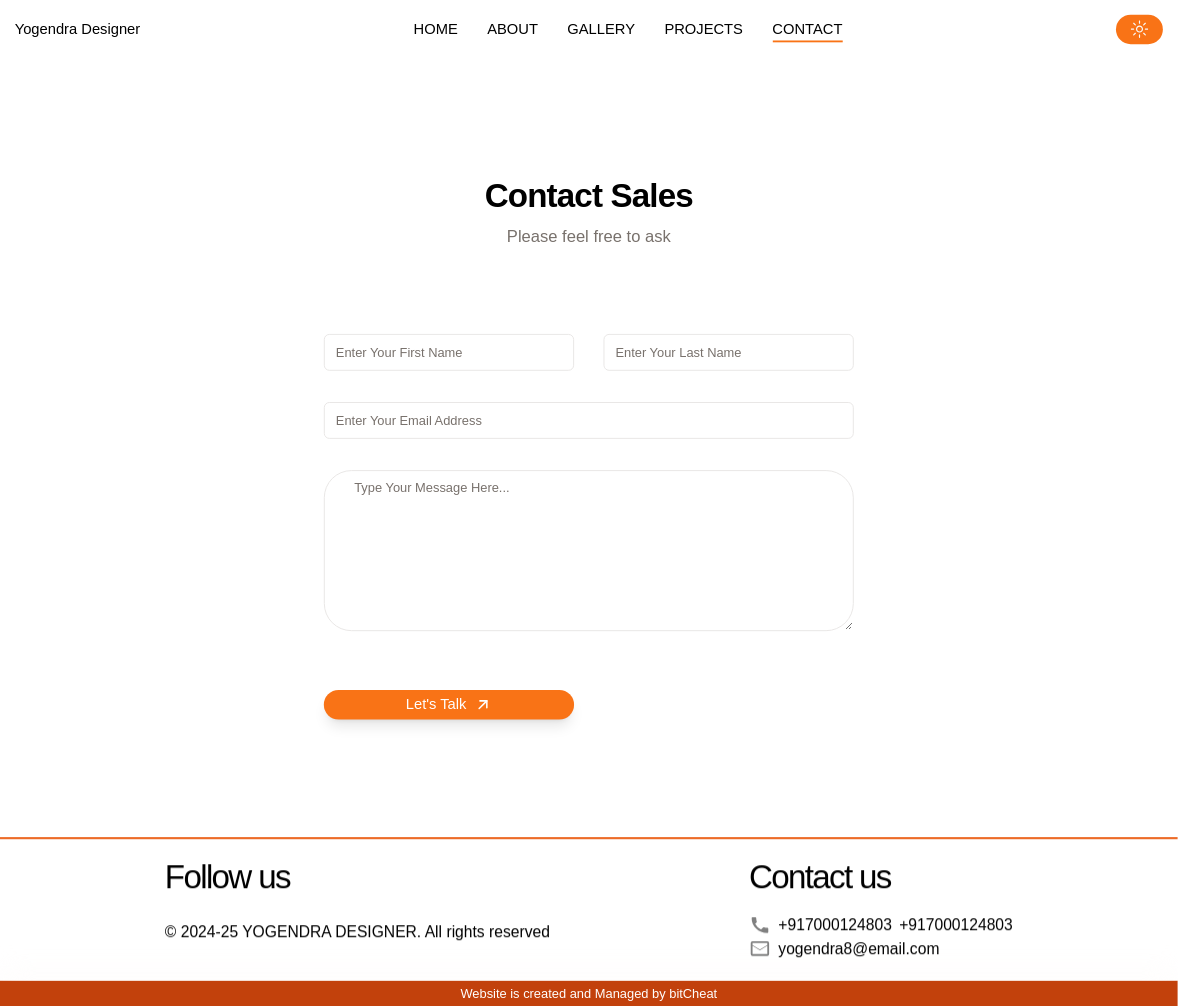
Repository: hitoutvrma/MB_designs-Interior-Designing-website
Page: /contact
These files come from the project's save history. The page is drawn as it stood at one moment and after the next save; the edit follows.
The browser window is 1280 px wide. The pictures show the whole page, at 92% of full size.
The project was rebuilt for these pictures with package versions that can differ from the ones it lists, and the page was loaded fresh each time. The framework's server and built-in components were replaced by stand-ins that run in the browser. Also part of the build but not shown: next.config.mjs.

Above is the page before, as saved 2024-09-20 17:20:51.

### app/layout.js
import localFont from "next/font/local";
import { Sen } from "next/font/google";
import "./globals.css";
import Header from "@/components/ui/Header";
import Footer from "@/components/ui/Footer";
import { ThemeProvider } from "@/components/ThemeProvider";

const josef = Sen({
  subsets:["latin"],
  weight:["400","500","600","700"],
  display:"swap"
})

// const geistSans = localFont({
//   src: "./fonts/GeistVF.woff",
//   variable: "--font-geist-sans",
//   weight: "100 900",
// });
// const geistMono = localFont({
//   src: "./fonts/GeistMonoVF.woff",
//   variable: "--font-geist-mono",
//   weight: "100 900",
// });

export const metadata = {
  title: "Create Next App",
  description: "Generated by create next app",
};

export default function RootLayout({ children }) {
  return (
    <html lang="en" suppressHydrationWarning>
      <body
        className={`${josef.variable} ${josef.variable} overflow-x-hidden antialiased`}
      >
        <ThemeProvider attribute='class' defaultTheme='light'>

        <Header/>
        {children}
        <Footer/>
        </ThemeProvider>
      </body>
    </html>
  );
}

### app/contact/page.jsx
'use client'
import { useState } from "react";

import { Button } from "@/components/ui/button";
import { Input } from "@/components/ui/input";
import { Textarea } from "@/components/ui/textarea";
import { TbArrowUpRight } from "react-icons/tb";

export default function ContactSection() {
  const [formData, setFormData] = useState({
    firstName: "",
    lastName: "",
    email: "",
    message: "",
  });

  const handleChange = (e) => {
    const { name, value } = e.target;
    setFormData((prevState) => ({
      ...prevState,
      [name]: value,
    }));
  };
  const handleSubmit = async (e) => {
    e.preventDefault();

    try {
      const response = await fetch("http://localhost:5000/submit_contact", {
        method: "POST",
        headers: {
          "Content-Type": "application/json",
        },
        body: JSON.stringify(formData),
      });

      if (response.ok) {
        alert("Message sent successfully!");
        setFormData({ firstName: "", lastName: "", email: "", message: "" });
      } else {
        alert("Failed to send message.");
      }
    } catch (error) {
      console.error(error);
      alert("An error occurred while sending the message.");
    }
  };

  return (
    <div className="px-6 py-24 sm:py-32 lg:px-8">
      <div className="mx-auto max-w-2xl text-center">
        <h2 className="text-3xl font-bold tracking-tight sm:text-4xl">Contact Sales</h2>
        <p className="mt-2 text-lg leading-8 text-muted-foreground">
          Please feel free to ask
        </p>
      </div>
      <form onSubmit={handleSubmit} className="mx-auto mt-16 max-w-xl sm:mt-20">
        <div className="grid grid-cols-1 gap-x-8 gap-y-6 sm:grid-cols-2">
          <div className="mt-2.5">
            <Input
              type="text"
              name="firstName"
              placeholder="Enter Your First Name"
              value={formData.firstName}
              onChange={handleChange}
              required
            />
          </div>
          <div className="mt-2.5">
            <Input
              type="text"
              name="lastName"
              placeholder="Enter Your Last Name"
              value={formData.lastName}
              onChange={handleChange}
              required
            />
          </div>
          <div className="sm:col-span-2">
            <div className="mt-2.5">
              <Input
                type="email"
                name="email"
                placeholder="Enter Your Email Address"
                value={formData.email}
                onChange={handleChange}
                required
              />
            </div>
          </div>
          <div className="sm:col-span-2">
            <div className="mt-2.5">
              <Textarea
                name="message"
                placeholder="Type Your Message Here..."
                value={formData.message}
                onChange={handleChange}
                required
              />
            </div>
          </div>
          <div className="mt-10">
            <Button
              type="submit"
              className="flex w-full items-center px-8 py-3 text-white rounded-full shadow-lg hover:bg-gray-800 hover:ring-2 hover:ring-gray-950 ring-offset-2"
            >
              Let's Talk
              <TbArrowUpRight className="w-5 h-5 ml-2" />
            </Button>
          </div>
        </div>
      </form>
    </div>
  );
}

### app/globals.css
@tailwind base;
@tailwind components;
@tailwind utilities;


body {
  color: var(--foreground);
  background: var(--background);
  font-family: Arial, Helvetica, sans-serif;
}

@layer utilities {
  .text-balance {
    text-wrap: balance;
  }
}


@layer base {
  :root {
    --background: 0 0% 100%;
    --foreground: 20 14.3% 4.1%;
    --card: 0 0% 100%;
    --card-foreground: 20 14.3% 4.1%;
    --popover: 0 0% 100%;
    --popover-foreground: 20 14.3% 4.1%;
    --primary: 24.6 95% 53.1%;
    --primary-foreground: 60 9.1% 97.8%;
    --secondary: 60 4.8% 95.9%;
    --secondary-foreground: 24 9.8% 10%;
    --muted: 60 4.8% 95.9%;
    --muted-foreground: 25 5.3% 44.7%;
    --accent: 60 4.8% 95.9%;
    --accent-foreground: 24 9.8% 10%;
    --destructive: 0 84.2% 60.2%;
    --destructive-foreground: 60 9.1% 97.8%;
    --border: 20 5.9% 90%;
    --input: 20 5.9% 90%;
    --ring: 24.6 95% 53.1%;
    --radius: 0.5rem;
    --chart-1: 12 76% 61%;
    --chart-2: 173 58% 39%;
    --chart-3: 197 37% 24%;
    --chart-4: 43 74% 66%;
    --chart-5: 27 87% 67%;
  }

  .dark {
    --background: 20 14.3% 4.1%;
    --foreground: 60 9.1% 97.8%;
    --card: 20 14.3% 4.1%;
    --card-foreground: 60 9.1% 97.8%;
    --popover: 20 14.3% 4.1%;
    --popover-foreground: 60 9.1% 97.8%;
    --primary: 20.5 90.2% 48.2%;
    --primary-foreground: 60 9.1% 97.8%;
    --secondary: 12 6.5% 15.1%;
    --secondary-foreground: 60 9.1% 97.8%;
    --muted: 12 6.5% 15.1%;
    --muted-foreground: 24 5.4% 63.9%;
    --accent: 12 6.5% 15.1%;
    --accent-foreground: 60 9.1% 97.8%;
    --destructive: 0 72.2% 50.6%;
    --destructive-foreground: 60 9.1% 97.8%;
    --border: 12 6.5% 15.1%;
    --input: 12 6.5% 15.1%;
    --ring: 20.5 90.2% 48.2%;
    --chart-1: 220 70% 50%;
    --chart-2: 160 60% 45%;
    --chart-3: 30 80% 55%;
    --chart-4: 280 65% 60%;
    --chart-5: 340 75% 55%;
  }
}



@layer base {
  * {
    @apply border-border;
  }
  body {
    @apply bg-background text-foreground;
  }
}

.h1{
  @apply text-6xl xl:text-[72px] xl:leading-[80px] tracking-[-2px] font-bold mb-5 mt-4;
}

### components/ui/Header.jsx
'use client';
import React from 'react'
 import ThemeToggler from '../ThemeToggler'
import MobileNavigation from './MobileNavigation';
import Nav from './Nav';
const Header = () => {
  return (
    <div className='flex justify-between p-4 items-center '>
      <div>Yogendra Designer</div>
      <Nav containerStyles='hidden xl:flex gap-8 items-center' linkStyles='relative hover:text-primary transition-all' underlineStyles ='absolute left-0 top-full h-[2px] bg-primary w-full'
      />
      <div className='flex gap-2 items-center'>

      <ThemeToggler/>
      <div className='xl:hidden'>

      <MobileNavigation/>
      </div>
      </div>
    </div>
  )
}

export default Header

### components/ui/Footer.jsx
import React from 'react'

const Footer = () => {
  return (
    <div className='w-screen'>

    <div class="sm:flex justify-between  border-t-2 border-t-orange-600  backdrop-blur-lg sm:px-[14vw] px-4 py-[3vh] text-[17px] ">
  <div className='mb-8 sm:mb-0'>
    <head>
    <link rel="stylesheet" href="https://cdnjs.cloudflare.com/ajax/libs/font-awesome/6.0.0-beta3/css/all.min.css"/>

    </head>
    <h1 class="pb-5 text-4xl tracking-tighter">Follow us</h1>
    <div className='flex gap-x-6 pb-2 text-4xl'>
    <a href="https://instagram/hitoutvrma" className="text-gray-600 hover:text-pink-500 transition-transform duration-300 transform hover:scale-110"><i class="fa-brands fa-instagram" ></i></a>
      <a href="https://www.linkedin.com/in/hitesh-verma-3695b0254/" className="text-gray-600 hover:text-blue-700 transition-transform duration-300 transform hover:scale-110"><i class="fa-brands fa-linkedin"></i></a>
      <a href="https://x.com/hitesh_404" className="text-gray-600 hover:text-blue-700 transition-transform duration-300 transform hover:scale-110"><i class="fa-brands fa-facebook"></i></a>
    </div>
    <div className='sm:block hidden'>&copy; 2024-25 YOGENDRA DESIGNER. All rights reserved</div>
  </div>
  <div>
    <h1 class="pb-5 text-4xl tracking-tighter">Contact us</h1>
    <div class="flex gap-x-2">
      <svg class="text" xmlns="http://www.w3.org/2000/svg" viewBox="0 0 24 24" width="24" height="24" fill="gray">
        <path d="M6.62 10.79a15.533 15.533 0 006.59 6.59l2.2-2.2a1 1 0 011.09-.27c1.12.37 2.33.57 3.6.57a1 1 0 011 1V20a1 1 0 01-1 1C10.29 21 3 13.71 3 5a1 1 0 011-1h3.01a1 1 0 011 1c0 1.27.2 2.48.57 3.6a1 1 0 01-.27 1.09l-2.2 2.2z" />
      </svg>
      <a href="tel:+917000124803" class="hover:underline">+917000124803</a>
      <a href="tel:+917000124803" class="hover:underline">+917000124803</a>
    </div>
    <div class="flex gap-x-2">
      <svg xmlns="http://www.w3.org/2000/svg" viewBox="0 0 24 24" width="24" height="24" fill="gray">
        <path d="M20 4H4a2 2 0 00-2 2v12a2 2 0 002 2h16a2 2 0 002-2V6a2 2 0 00-2-2zM4 6h16v2l-8 5-8-5V6zm0 12V9l7.39 4.62a1 1 0 001.22 0L20 9v9H4z" />
      </svg>
      <a href="mailto:example@email.com" class="hover:underline">yogendra8@email.com</a>
    </div>
  </div>
    </div>
  <div className='flex items-center justify-center p-1 text-sm bg-orange-700 text-white border-t-orange-600'>Website is created and Managed by bitCheat</div>
</div>

  )
}

export default Footer

### components/ThemeProvider.jsx
'use client';

import { ThemeProvider as NextThemesProvider } from "next-themes";

export function ThemeProvider({ children, ...props }) {
    return <NextThemesProvider {...props}>
        { children }
    </NextThemesProvider>
}

### components/ui/button.jsx
import * as React from "react"
import { Slot } from "@radix-ui/react-slot"
import { cva } from "class-variance-authority";

import { cn } from "@/lib/utils"

const buttonVariants = cva(
  "inline-flex items-center justify-center whitespace-nowrap rounded-full text-base font-medium ring-offset-background transition-colors focus-visible:outline-none focus-visible:ring-2 focus-visible:ring-ring focus-visible:ring-offset-2 disabled:pointer-events-none disabled:opacity-50",
  {
    variants: {
      variant: {
        default: "bg-primary text-primary-foreground hover:bg-primary/90",
        destructive:
          "bg-destructive text-destructive-foreground hover:bg-destructive/90",
        outline:
          "border border-input bg-background hover:bg-accent hover:text-accent-foreground",
        secondary:
          "bg-secondary text-secondary-foreground hover:bg-secondary/80",
        ghost: "hover:bg-accent hover:text-accent-foreground",
        link: "text-primary underline-offset-4 hover:underline",
      },
      size: {
        default: "sm:h-[2.5vw] h-[7vw] px-4 py-2",
        sm: "h-9 rounded-md px-3",
        lg: "h-11 rounded-md px-8",
        icon: "h-10 w-10",
      },
    },
    defaultVariants: {
      variant: "default",
      size: "default",
    },
  }
)

const Button = React.forwardRef(({ className, variant, size, asChild = false, ...props }, ref) => {
  const Comp = asChild ? Slot : "button"
  return (
    (<Comp
      className={cn(buttonVariants({ variant, size, className }))}
      ref={ref}
      {...props} />)
  );
})
Button.displayName = "Button"

export { Button, buttonVariants }

### components/ui/textarea.jsx
import * as React from "react"

import { cn } from "@/lib/utils"

const Textarea = React.forwardRef(({ className, ...props }, ref) => {
  return (
    (<textarea
      className={cn(
        "flex min-h-[175px] w-full rounded-[30px] border border-input bg-background px-8 py-2 text-sm ring-offset-background placeholder:text-muted-foreground focus-visible:outline-none focus-visible:ring-2 focus-visible:ring-ring focus-visible:ring-offset-2 disabled:cursor-not-allowed disabled:opacity-50",
        className
      )}
      ref={ref}
      {...props} />)
  );
})
Textarea.displayName = "Textarea"

export { Textarea }

### components/ThemeToggler.jsx
import { Button } from "./ui/button";
import { useTheme } from "next-themes";
import { SunIcon, MoonIcon } from "@radix-ui/react-icons";

const ThemeToggler = () => {
    const { theme, setTheme } = useTheme();

  return (
    <div>
      <Button  onClick={()=>setTheme(theme==='dark'?'light':'dark')}>
        <SunIcon className="h-[1.2rem] w-[1.2rem] scale-100 rotate-0 transition-all dark:rotate-90 dark:scale-0"/>
        <MoonIcon className="w-[1rem] absolute scale-0 rotate-90 transition-all dark:rotate-0 dark:scale-100"/>
      </Button>
    </div>
  )
}

export default ThemeToggler

### components/ui/MobileNavigation.jsx
import React from 'react'

import {Sheet, SheetContent, SheetTrigger} from '@/components/ui/sheet';
import Nav from './Nav';
import { AlignJustify } from 'lucide-react';

const MobileNavigation = () => {
  return (
    <Sheet>
        <SheetTrigger asChild>
            <AlignJustify className='cursor-pointer'/>
        </SheetTrigger>
        <SheetContent>
            <div className='p-3 flex flex-col items-center'>
                <div>
                    <div>Yogendra designer</div>
                    <Nav containerStyles='flex flex-col items-center gap-y-2' linkStyles='text-1xl '/>
                </div>
            </div>
        </SheetContent>
    </Sheet>
  )
}

export default MobileNavigation

### components/ui/Nav.jsx
//Hooks

import { usePathname } from "next/navigation";
import { motion } from "framer-motion";
import Link from "next/link";

const links = [
    {
        path:'/',name:'home'
    },
    {
        path:'/about',name:'about'
    },
    {
        path:'/gallery',name:'gallery'
    },
    {
        path:'/projects',name:'projects'
    },
    {
        path:'/contact',name:'contact'
    },
]
const Nav = ({ containerStyles, linkStyles, underlineStyles } ) => {

    const path = usePathname();
  return (
    <div className={`${containerStyles}`} >
        {
            links.map((link,index) =>{
                return(
                    <Link href={link.path}
                    key={index} className={`uppercase ${linkStyles}`}>
                        {link.path===path && (
                            <motion.span
                            initial={{y:'-100%'}}
                            animate={{y:0}}
                            transition={{ type:'tween'}}
                            layoutId="underline"
                            className={`${underlineStyles}`}
                            />
                        )}
                        {link.name}

                    </Link>
                )
            })
        }
      </div>
  )
}

export default Nav

### components/ui/sheet.jsx
"use client";
import * as React from "react"
import * as SheetPrimitive from "@radix-ui/react-dialog"
import { cva } from "class-variance-authority";
import { X } from "lucide-react"

import { cn } from "@/lib/utils"

const Sheet = SheetPrimitive.Root

const SheetTrigger = SheetPrimitive.Trigger

const SheetClose = SheetPrimitive.Close

const SheetPortal = SheetPrimitive.Portal

const SheetOverlay = React.forwardRef(({ className, ...props }, ref) => (
  <SheetPrimitive.Overlay
    className={cn(
      "fixed inset-0 z-50 bg-black/80  data-[state=open]:animate-in data-[state=closed]:animate-out data-[state=closed]:fade-out-0 data-[state=open]:fade-in-0",
      className
    )}
    {...props}
    ref={ref} />
))
SheetOverlay.displayName = SheetPrimitive.Overlay.displayName

const sheetVariants = cva(
  "fixed z-50 gap-4 bg-background p-6 shadow-lg transition ease-in-out data-[state=open]:animate-in data-[state=closed]:animate-out data-[state=closed]:duration-300 data-[state=open]:duration-500",
  {
    variants: {
      side: {
        top: "inset-x-0 top-0 border-b data-[state=closed]:slide-out-to-top data-[state=open]:slide-in-from-top",
        bottom:
          "inset-x-0 bottom-0 border-t data-[state=closed]:slide-out-to-bottom data-[state=open]:slide-in-from-bottom",
        left: "inset-y-0 left-0 h-full w-3/4 border-r data-[state=closed]:slide-out-to-left data-[state=open]:slide-in-from-left sm:max-w-sm",
        right:
          "inset-y-0 right-0 h-full w-3/4  border-l data-[state=closed]:slide-out-to-right data-[state=open]:slide-in-from-right sm:max-w-sm",
      },
    },
    defaultVariants: {
      side: "right",
    },
  }
)

const SheetContent = React.forwardRef(({ side = "right", className, children, ...props }, ref) => (
  <SheetPortal>
    <SheetOverlay />
    <SheetPrimitive.Content ref={ref} className={cn(sheetVariants({ side }), className)} {...props}>
      {children}
      <SheetPrimitive.Close
        className="absolute right-4 top-4 rounded-sm opacity-70 ring-offset-background transition-opacity hover:opacity-100 focus:outline-none focus:ring-2 focus:ring-ring focus:ring-offset-2 disabled:pointer-events-none data-[state=open]:bg-secondary">
        <X className="h-4 w-4" />
        <span className="sr-only">Close</span>
      </SheetPrimitive.Close>
    </SheetPrimitive.Content>
  </SheetPortal>
))
SheetContent.displayName = SheetPrimitive.Content.displayName

const SheetHeader = ({
  className,
  ...props
}) => (
  <div
    className={cn("flex flex-col space-y-2 text-center sm:text-left", className)}
    {...props} />
)
SheetHeader.displayName = "SheetHeader"

const SheetFooter = ({
  className,
  ...props
}) => (
  <div
    className={cn("flex flex-col-reverse sm:flex-row sm:justify-end sm:space-x-2", className)}
    {...props} />
)
SheetFooter.displayName = "SheetFooter"

const SheetTitle = React.forwardRef(({ className, ...props }, ref) => (
  <SheetPrimitive.Title
    ref={ref}
    className={cn("text-lg font-semibold text-foreground", className)}
    {...props} />
))
SheetTitle.displayName = SheetPrimitive.Title.displayName

const SheetDescription = React.forwardRef(({ className, ...props }, ref) => (
  <SheetPrimitive.Description
    ref={ref}
    className={cn("text-sm text-muted-foreground", className)}
    {...props} />
))
SheetDescription.displayName = SheetPrimitive.Description.displayName

export {
  Sheet,
  SheetPortal,
  SheetOverlay,
  SheetTrigger,
  SheetClose,
  SheetContent,
  SheetHeader,
  SheetFooter,
  SheetTitle,
  SheetDescription,
}

### tailwind.config.js
/** @type {import('tailwindcss').Config} */
module.exports = {
	darkMode: ["class"], // Dark mode setting
	content: [
	  "./pages/**/*.{js,ts,jsx,tsx,mdx}",
	  "./components/**/*.{js,ts,jsx,tsx,mdx}",
	  "./app/**/*.{js,ts,jsx,tsx,mdx}",
	],
	theme: {
	  // Container customization
	  container: {
		center: true, // Centers the container horizontally
		padding: '2rem', // Adds 1rem of padding (16px) on all sides
		screens: {
		  sm: '100%',  // Container takes 100% width on small screens
		  md: '100%',  // Container takes 100% width on medium screens
		  lg: '1024px', // Container is 1024px wide on large screens
		  xl: '1280px', // Container is 1280px wide on extra-large screens
		  '2xl': '1536px', // Container is 1536px wide on 2XL screens
		},
	  },
	  extend: {
		// Extending color palette
		colors: {
		  background: 'hsl(var(--background))',
		  foreground: 'hsl(var(--foreground))',
		  card: {
			DEFAULT: 'hsl(var(--card))',
			foreground: 'hsl(var(--card-foreground))',
		  },
		  popover: {
			DEFAULT: 'hsl(var(--popover))',
			foreground: 'hsl(var(--popover-foreground))',
		  },
		  primary: {
			DEFAULT: 'hsl(var(--primary))',
			foreground: 'hsl(var(--primary-foreground))',
		  },
		  secondary: {
			DEFAULT: 'hsl(var(--secondary))',
			foreground: 'hsl(var(--secondary-foreground))',
		  },
		  muted: {
			DEFAULT: 'hsl(var(--muted))',
			foreground: 'hsl(var(--muted-foreground))',
		  },
		  accent: {
			DEFAULT: 'hsl(var(--accent))',
			foreground: 'hsl(var(--accent-foreground))',
		  },
		  destructive: {
			DEFAULT: 'hsl(var(--destructive))',
			foreground: 'hsl(var(--destructive-foreground))',
		  },
		  border: 'hsl(var(--border))',
		  input: 'hsl(var(--input))',
		  ring: 'hsl(var(--ring))',
		  chart: {
			'1': 'hsl(var(--chart-1))',
			'2': 'hsl(var(--chart-2))',
			'3': 'hsl(var(--chart-3))',
			'4': 'hsl(var(--chart-4))',
			'5': 'hsl(var(--chart-5))',
		  },
		},
		// Extending border radius
		borderRadius: {
		  lg: 'var(--radius)',
		  md: 'calc(var(--radius) - 2px)',
		  sm: 'calc(var(--radius) - 4px)',
		},
	  },
	},
	plugins: [require("tailwindcss-animate")],
  };

Loaded but not shown: components/ui/input.jsx (common file); lib/utils.js (common file)

After the next save:
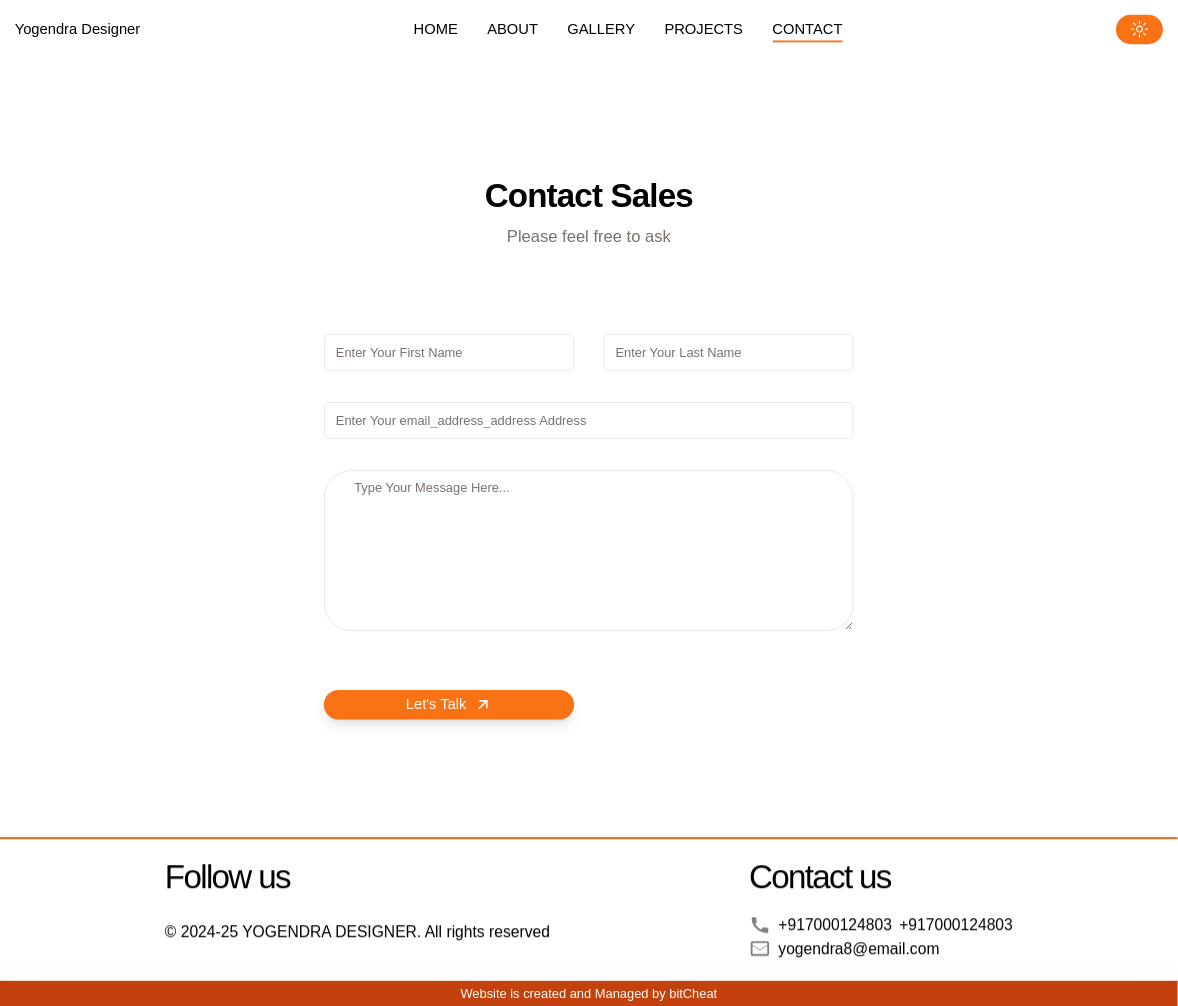
Saved 5 min 6 s later.
--- a/app/contact/page.jsx
+++ b/app/contact/page.jsx
@@ -8,9 +8,9 @@
 
 export default function ContactSection() {
   const [formData, setFormData] = useState({
-    firstName: "",
-    lastName: "",
-    email: "",
+    first_name: "",
+    last_name: "",
+    email_address_address: "",
     message: "",
   });
 
@@ -35,7 +35,7 @@
 
       if (response.ok) {
         alert("Message sent successfully!");
-        setFormData({ firstName: "", lastName: "", email: "", message: "" });
+        setFormData({ first_name: "", last_name: "", email_address_address: "", message: "" });
       } else {
         alert("Failed to send message.");
       }
@@ -58,9 +58,9 @@
           <div className="mt-2.5">
             <Input
               type="text"
-              name="firstName"
+              name="first_name"
               placeholder="Enter Your First Name"
-              value={formData.firstName}
+              value={formData.first_name}
               onChange={handleChange}
               required
             />
@@ -68,9 +68,9 @@
           <div className="mt-2.5">
             <Input
               type="text"
-              name="lastName"
+              name="last_name"
               placeholder="Enter Your Last Name"
-              value={formData.lastName}
+              value={formData.last_name}
               onChange={handleChange}
               required
             />
@@ -78,10 +78,10 @@
           <div className="sm:col-span-2">
             <div className="mt-2.5">
               <Input
-                type="email"
-                name="email"
-                placeholder="Enter Your Email Address"
-                value={formData.email}
+                type="email_address_address"
+                name="email_address_address"
+                placeholder="Enter Your email_address_address Address"
+                value={formData.email_address_address}
                 onChange={handleChange}
                 required
               />
